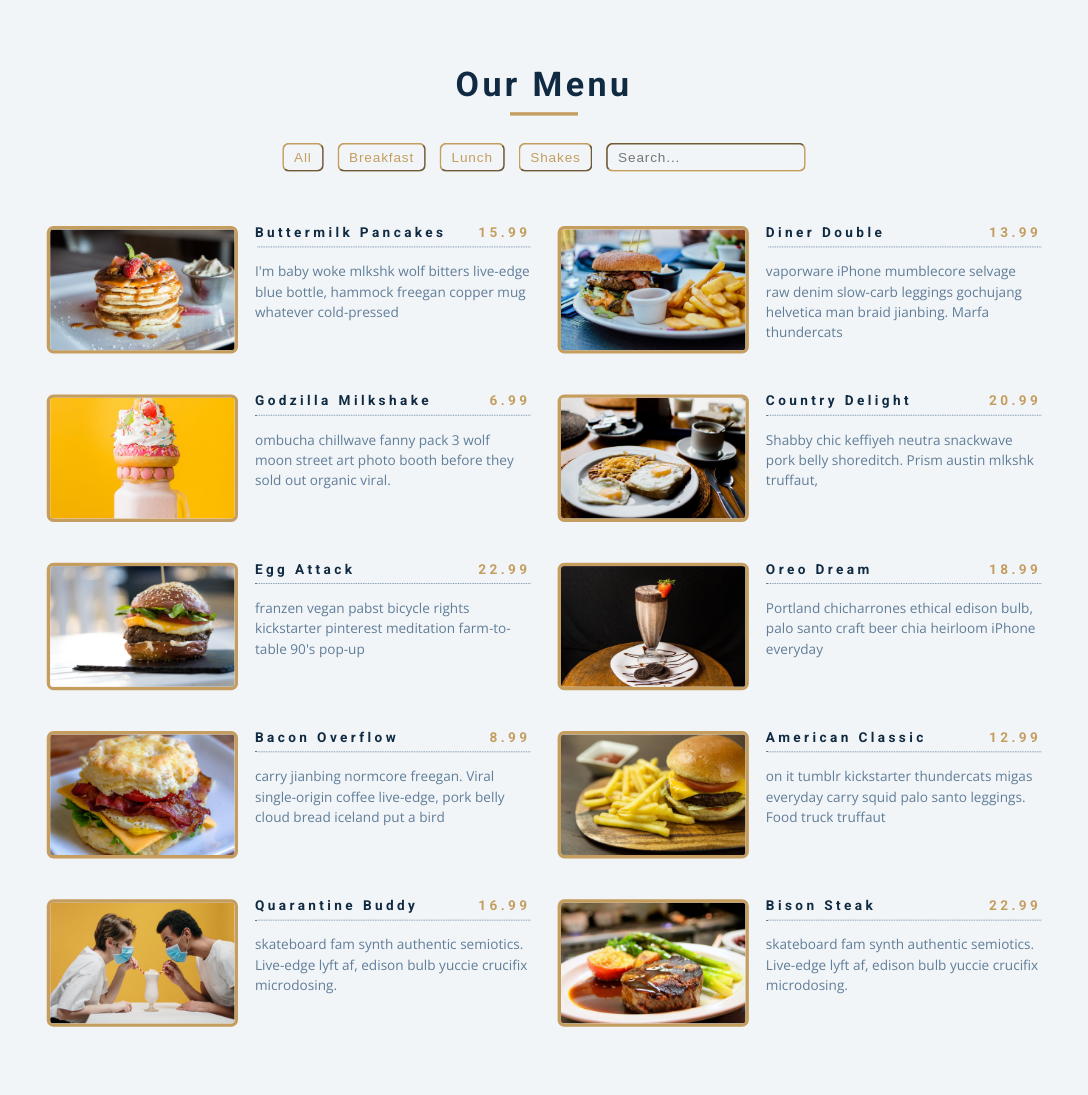
Repository: Seryozha02/MenuProject
Page: menuFilter/index.html
These files come from the project's save history. The page is drawn as it stood at one moment and after the next save; the edit follows.
The browser window is 1280 px wide. The pictures show the whole page, at 85% of full size.
Some web libraries are served in a nearby version.

Above is the page before, as saved 2022-02-18 09:59:05.

### menuFilter/index.html
<!DOCTYPE html>
<html lang="en">
  <head>
    <meta charset="UTF-8" />
    <meta name="viewport" content="width=device-width, initial-scale=1.0" />
    <title>Starter</title>
    <!-- font-awesome -->
    <link
      rel="stylesheet"
      href="https://cdnjs.cloudflare.com/ajax/libs/font-awesome/5.14.0/css/all.min.css"
    />
    <!-- styles -->
    <link rel="stylesheet" href="styles.css" />
  </head>
  <body>
    <section class="menu">
      <!-- title -->
      <div class="title">
        <h2>our menu</h2>
        <div class="underline"></div>
      </div>
      <!-- filter buttons -->
      <div class="btn-container">
        <button type="button" class="filter-btn" data-id="all">all</button>
          <button type="button" class="filter-btn" data-id="breakfast">
            breakfast
          </button>
          <button type="button" class="filter-btn" data-id="lunch">lunch</button>
          <button type="button" class="filter-btn" data-id="shakes">
            shakes
          </button>
          <input type="search" placeholder="Search..."/>
      </div>
      <!-- menu items -->
      <div class="section-center">

      </div>
    </section>
    <!-- javascript -->
    <script type="module" src="./app.js"></script>
  </body>
</html>

### menuFilter/styles.css
/*
===============
Fonts
===============
*/
@import url("https://fonts.googleapis.com/css?family=Open+Sans|Roboto:400,700&display=swap");

/*
===============
Variables
===============
*/

:root {
  /* dark shades of primary color*/
  --clr-primary-1: hsl(205, 86%, 17%);
  --clr-primary-2: hsl(205, 77%, 27%);
  --clr-primary-3: hsl(205, 72%, 37%);
  --clr-primary-4: hsl(205, 63%, 48%);
  /* primary/main color */
  --clr-primary-5: #49a6e9;
  /* lighter shades of primary color */
  --clr-primary-6: hsl(205, 89%, 70%);
  --clr-primary-7: hsl(205, 90%, 76%);
  --clr-primary-8: hsl(205, 86%, 81%);
  --clr-primary-9: hsl(205, 90%, 88%);
  --clr-primary-10: hsl(205, 100%, 96%);
  /* darkest grey - used for headings */
  --clr-grey-1: hsl(209, 61%, 16%);
  --clr-grey-2: hsl(211, 39%, 23%);
  --clr-grey-3: hsl(209, 34%, 30%);
  --clr-grey-4: hsl(209, 28%, 39%);
  /* grey used for paragraphs */
  --clr-grey-5: hsl(210, 22%, 49%);
  --clr-grey-6: hsl(209, 23%, 60%);
  --clr-grey-7: hsl(211, 27%, 70%);
  --clr-grey-8: hsl(210, 31%, 80%);
  --clr-grey-9: hsl(212, 33%, 89%);
  --clr-grey-10: hsl(210, 36%, 96%);
  --clr-white: #fff;
  --clr-red-dark: hsl(360, 67%, 44%);
  --clr-red-light: hsl(360, 71%, 66%);
  --clr-green-dark: hsl(125, 67%, 44%);
  --clr-green-light: hsl(125, 71%, 66%);
  --clr-gold: #c59d5f;
  --clr-black: #222;
  --ff-primary: "Roboto", sans-serif;
  --ff-secondary: "Open Sans", sans-serif;
  --transition: all 0.3s linear;
  --spacing: 0.25rem;
  --radius: 0.5rem;
  --light-shadow: 0 5px 15px rgba(0, 0, 0, 0.1);
  --dark-shadow: 0 5px 15px rgba(0, 0, 0, 0.2);
  --max-width: 1170px;
  --fixed-width: 620px;
}
/*
===============
Global Styles
===============
*/

*,
::after,
::before {
  margin: 0;
  padding: 0;
  box-sizing: border-box;
}
body {
  font-family: var(--ff-secondary);
  background: var(--clr-grey-10);
  color: var(--clr-grey-1);
  line-height: 1.5;
  font-size: 0.875rem;
}
ul {
  list-style-type: none;
}
a {
  text-decoration: none;
}
img:not(.logo) {
  width: 100%;
}
img {
  display: block;
}

h1,
h2,
h3,
h4 {
  letter-spacing: var(--spacing);
  text-transform: capitalize;
  line-height: 1.25;
  margin-bottom: 0.75rem;
  font-family: var(--ff-primary);
}
h1 {
  font-size: 3rem;
}
h2 {
  font-size: 2rem;
}
h3 {
  font-size: 1.25rem;
}
h4 {
  font-size: 0.875rem;
}
p {
  margin-bottom: 1.25rem;
  color: var(--clr-grey-5);
}
@media screen and (min-width: 800px) {
  h1 {
    font-size: 4rem;
  }
  h2 {
    font-size: 2.5rem;
  }
  h3 {
    font-size: 1.75rem;
  }
  h4 {
    font-size: 1rem;
  }
  body {
    font-size: 1rem;
  }
  h1,
  h2,
  h3,
  h4 {
    line-height: 1;
  }
}
/*  global classes */

.btn {
  text-transform: uppercase;
  background: transparent;
  color: var(--clr-black);
  padding: 0.375rem 0.75rem;
  letter-spacing: var(--spacing);
  display: inline-block;
  transition: var(--transition);
  font-size: 0.875rem;
  border: 2px solid var(--clr-black);
  cursor: pointer;
  box-shadow: 0 1px 3px rgba(0, 0, 0, 0.2);
  border-radius: var(--radius);
}
.btn:hover {
  color: var(--clr-white);
  background: var(--clr-black);
}
input{
  background: transparent;
  border-color: var(--clr-gold);
  font-size: 1rem;
  margin: 0 0.5rem;
  letter-spacing: 1px;
  border-radius: var(--radius);
  padding: 0.375rem 0.75rem;
  color: var(--clr-gold);
  transition: var(--transition);
  cursor: pointer;
}
input:hover {
  color: var(--clr-white);
  background: var(--clr-black);
}

/* section */
.section {
  padding: 5rem 0;
}

main {
  min-height: 100vh;
  display: grid;
  place-items: center;
}
/*
===============
Menu
===============
*/

.menu {
  padding: 5rem 0;
}
.title {
  text-align: center;
  margin-bottom: 2rem;
}
.underline {
  width: 5rem;
  height: 0.25rem;
  background: var(--clr-gold);
  margin-left: auto;
  margin-right: auto;
}
.btn-container {
  margin-bottom: 4rem;
  display: flex;
  justify-content: center;
}
.filter-btn {
  background: transparent;
  border-color: var(--clr-gold);
  font-size: 1rem;
  text-transform: capitalize;
  margin: 0 0.5rem;
  letter-spacing: 1px;
  border-radius: var(--radius);
  padding: 0.375rem 0.75rem;
  color: var(--clr-gold);
  cursor: pointer;
  transition: var(--transition);
}
.filter-btn:hover {
  background: var(--clr-gold);
  color: var(--clr-white);
}
.section-center {
  width: 90vw;
  margin: 0 auto;
  max-width: 1170px;
  display: grid;
  gap: 3rem 2rem;
  justify-items: center;
}
.menu-item {
  display: grid;
  gap: 1rem 2rem;
  max-width: 25rem;
}
.photo {
  object-fit: cover;
  height: 200px;
  border: 0.25rem solid var(--clr-gold);
  border-radius: var(--radius);
}
.item-info header {
  display: flex;
  justify-content: space-between;
  border-bottom: 0.5px dotted var(--clr-grey-5);
}
.item-info h4 {
  margin-bottom: 0.5rem;
}
.price {
  color: var(--clr-gold);
}
.item-text {
  margin-bottom: 0;
  padding-top: 1rem;
}

@media screen and (min-width: 768px) {
  .menu-item {
    grid-template-columns: 225px 1fr;
    gap: 0 1.25rem;
    max-width: 40rem;
  }
  .photo {
    height: 175px;
  }
}
@media screen and (min-width: 1200px) {
  .section-center {
    width: 95vw;
    grid-template-columns: 1fr 1fr;
  }
  .photo {
    height: 150px;
  }
}

### menuFilter/app.js
import { menu } from "./data.js";

const sectionCenter = document.querySelector(".section-center");
const btnContainer = document.querySelector(".btn-container");
window.addEventListener("DOMContentLoaded", function() {
    displayMenuItems(menu);
    displayMenuButtons();
});

function displayMenuItems(menuItems) {
    let displayMenu = menuItems.map(function(item) {

        return `<article class="menu-item">
            <img src=${item.img} alt=${item.title} class="photo" />
            <div class="item-info">
              <header>
                <h4>${item.title}</h4>
                <h4 class="price">${item.price}</h4>
              </header>
              <p class="item-text">
                ${item.desc}
              </p>
            </div>
          </article>`;
    });
    displayMenu = displayMenu.join("");

    sectionCenter.innerHTML = displayMenu;
}

function displayMenuButtons() {}

const buttons = document.querySelectorAll(".filter-btn");
buttons.forEach((filterBtn) => {
    filterBtn.addEventListener("click", () => {
        const value = filterBtn.getAttribute("data-id");
        if (value === "all") {
            displayMenuItems(menu);
            return;
        }
        const filterArr = menu.filter((item) => item.category === value);

        let card = filterArr
            .map(function(item) {
                return `<article class="menu-item">
      <img src=${item.img} alt=${item.title} class="photo" />
      <div class="item-info">
        <header>
          <h4>${item.title}</h4>
          <h4 class="price">${item.price}</h4>
        </header>
        <p class="item-text">
          ${item.desc}
        </p>
      </div>
    </article>`;
            })
            .join("");
        sectionCenter.innerHTML = card;
    });
});
let searchText = "";
let search = document.querySelector("input");
search.addEventListener("keyup", (e) => {
    searchText = e.target.value;
    refresh()
});

let id;

function refresh() {
    if (id !== undefined) {
        clearTimeout(id);
    }
    id = setTimeout(() => {
        console.log("running");
        render()
    }, 0);
}

function render() {
    let searchArr = menu.filter(item => {
        return item.desc.indexOf(searchText) !== -1;
    })
    displayMenuItems(searchArr)
}
render()

### data.js
export const menu = [
  {
    id: 1,
    title: "buttermilk pancakes",
    category: "breakfast",
    price: 15.99,
    img: "./images/item-1.jpeg",
    desc: `I'm baby woke mlkshk wolf bitters live-edge blue bottle, hammock freegan copper mug whatever cold-pressed `,
  },
  {
    id: 2,
    title: "diner double",
    category: "lunch",
    price: 13.99,
    img: "./images/item-2.jpeg",
    desc: `vaporware iPhone mumblecore selvage raw denim slow-carb leggings gochujang helvetica man braid jianbing. Marfa thundercats `,
  },
  {
    id: 3,
    title: "godzilla milkshake",
    category: "shakes",
    price: 6.99,
    img: "./images/item-3.jpeg",
    desc: `ombucha chillwave fanny pack 3 wolf moon street art photo booth before they sold out organic viral.`,
  },
  {
    id: 4,
    title: "country delight",
    category: "breakfast",
    price: 20.99,
    img: "./images/item-4.jpeg",
    desc: `Shabby chic keffiyeh neutra snackwave pork belly shoreditch. Prism austin mlkshk truffaut, `,
  },
  {
    id: 5,
    title: "egg attack",
    category: "lunch",
    price: 22.99,
    img: "./images/item-5.jpeg",
    desc: `franzen vegan pabst bicycle rights kickstarter pinterest meditation farm-to-table 90's pop-up `,
  },
  {
    id: 6,
    title: "oreo dream",
    category: "shakes",
    price: 18.99,
    img: "./images/item-6.jpeg",
    desc: `Portland chicharrones ethical edison bulb, palo santo craft beer chia heirloom iPhone everyday`,
  },
  {
    id: 7,
    title: "bacon overflow",
    category: "breakfast",
    price: 8.99,
    img: "./images/item-7.jpeg",
    desc: `carry jianbing normcore freegan. Viral single-origin coffee live-edge, pork belly cloud bread iceland put a bird `,
  },
  {
    id: 8,
    title: "american classic",
    category: "lunch",
    price: 12.99,
    img: "./images/item-8.jpeg",
    desc: `on it tumblr kickstarter thundercats migas everyday carry squid palo santo leggings. Food truck truffaut  `,
  },
  {
    id: 9,
    title: "quarantine buddy",
    category: "shakes",
    price: 16.99,
    img: "./images/item-9.jpeg",
    desc: `skateboard fam synth authentic semiotics. Live-edge lyft af, edison bulb yuccie crucifix microdosing.`,
  },
  {
    id: 10,
    title: "bison steak",
    category: "dinner",
    price: 22.99,
    img: "./images/item-10.jpeg",
    desc: `skateboard fam synth authentic semiotics. Live-edge lyft af, edison bulb yuccie crucifix microdosing.`,
  },
];

After the next save:
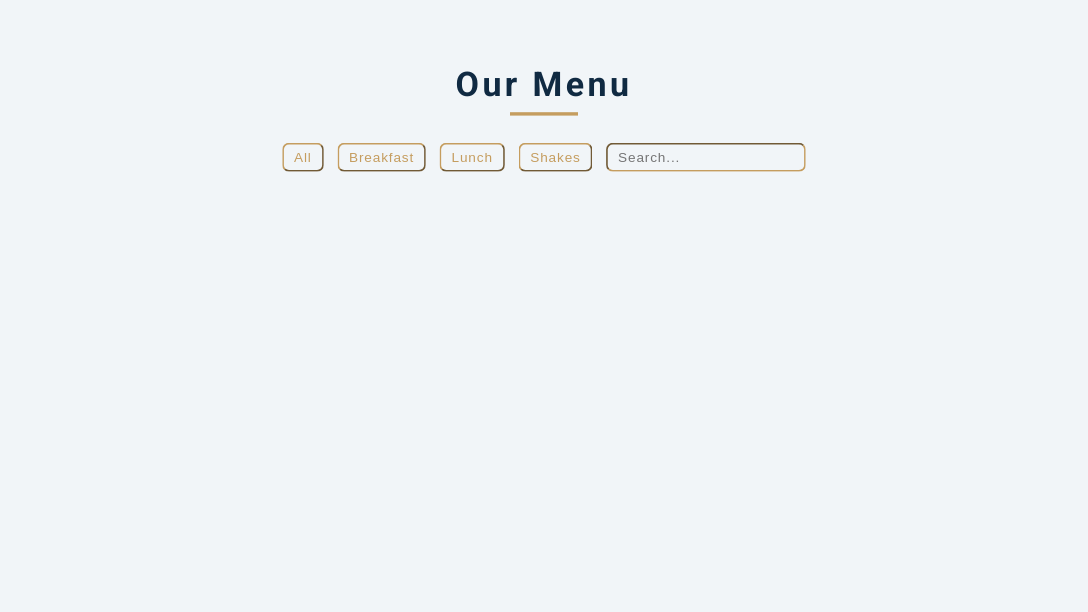
Console error: SyntaxError: Identifier 'search' has already been declared
Saved 5 s later.
--- a/menuFilter/app.js
+++ b/menuFilter/app.js
@@ -65,7 +65,11 @@
     searchText = e.target.value;
     refresh()
 });
-
+let search = document.querySelector("input");
+search.addEventListener("keyup", (e) => {
+    searchText = e.target.value;
+    refresh()
+});
 let id;
 
 function refresh() {

After the 2 saves that followed:
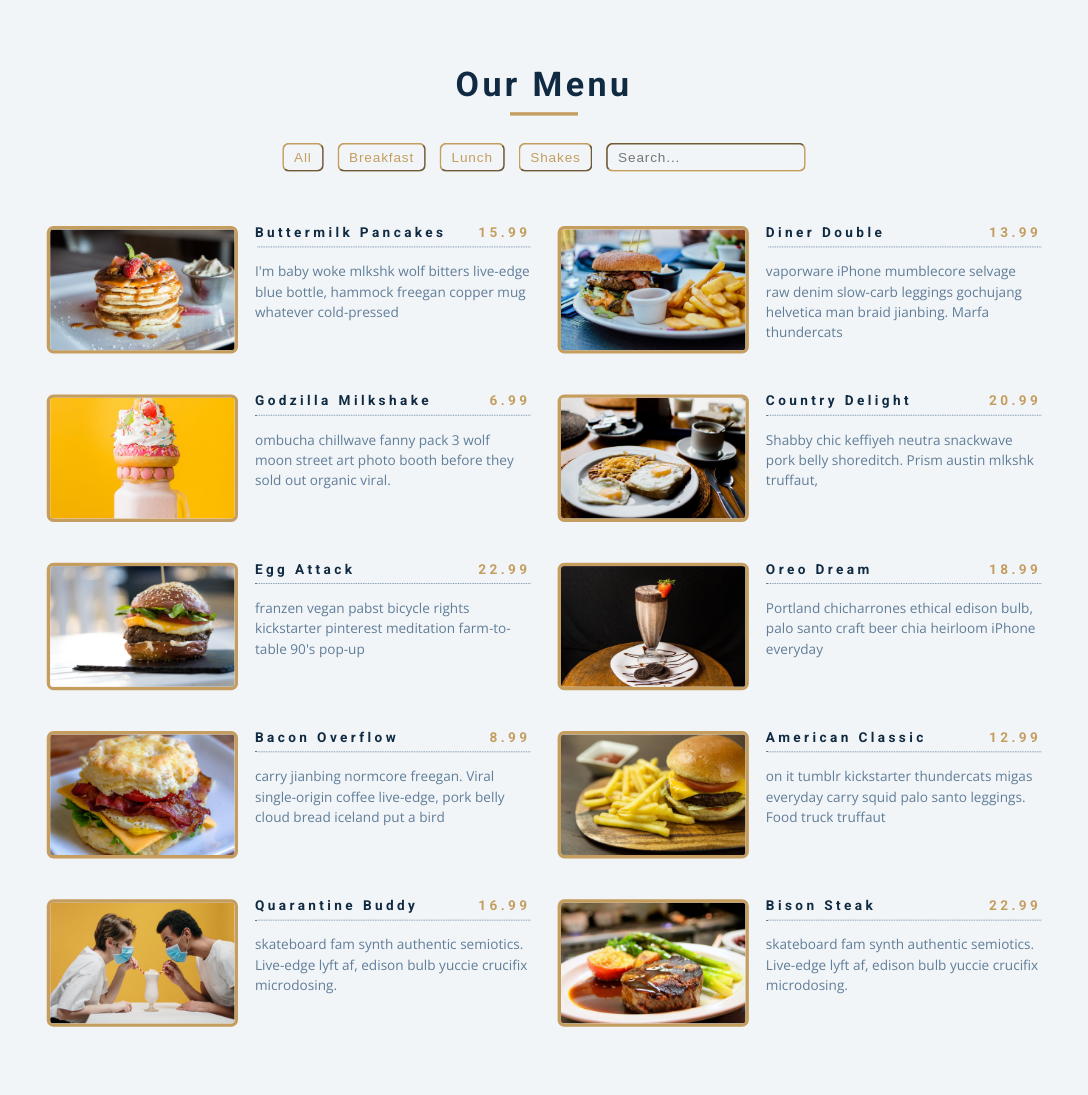
The error is gone.
The 2 saves are shown as one change because they came seconds apart.
The last was saved 15 s later.
--- a/menuFilter/app.js
+++ b/menuFilter/app.js
@@ -65,7 +65,7 @@
     searchText = e.target.value;
     refresh()
 });
-let search = document.querySelector("input");
+let searchClosw = document.querySelector("input");
 search.addEventListener("keyup", (e) => {
     searchText = e.target.value;
     refresh()
